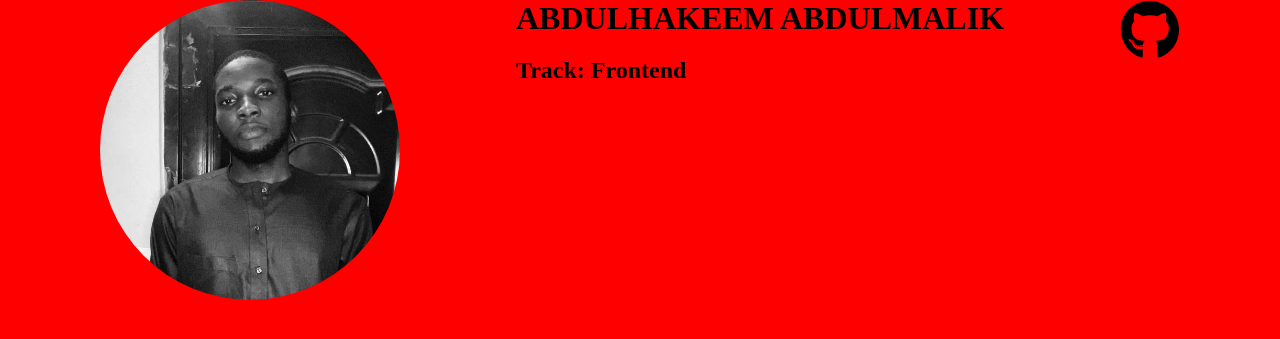
Repository: malikhakeem/HNG-TASK
Page: HNG-TASK1.html
These files come from the project's save history. The page is drawn as it stood at one moment and after the next save; the edit follows.
The browser window is 1280 px wide. The pictures show the whole page.

Above is the page before, as saved 2023-09-08 21:55:09.

### HNG-TASK1.html
<!DOCTYPE html>
<html lang="en">

<head>
    <meta charset="UTF-8">
    <meta name="viewport" content="width=device-width, initial-scale=1.0">

    <link rel="stylesheet" href="./HNG-TASK!.css">
    <title>HNG</title>
</head>

<body>
    <div class="body">
        <div class="nav">
            <div class="nav-left"><img data-testId="slackDisplayImage" class="profile-pic" src="./pic/kim.jpg"alt="Malik" /></div>
            <div class="nav-mid">
                <div class="slack-name">
                    <h1>ABDULHAKEEM ABDULMALIK</h1>
                </div>
                <div data-testId="myTrack"class="track">
                    <h2>Track: Frontend</h2>
                </div>
            </div>
            <div data-testId="slackUserName" class="nav-right">
                <a href="link address"><img src="./pic//github.svg" width="60" height="60"></a>
            </div>

        </div>
    </div>

</body>

</html>

### HNG-TASK!.css
*{
    padding:0px;
    margin:0px;

}

.profile-pic{
    width:300px;
    height:300px;
    border-radius: 50%;
}
.nav{
    display:flex;

    justify-content: space-between;
    padding: 0px 100px 0px 100px;
}

.track{
    padding-top: 20px;
}

body{
    background-color: red;
}

After the next save:
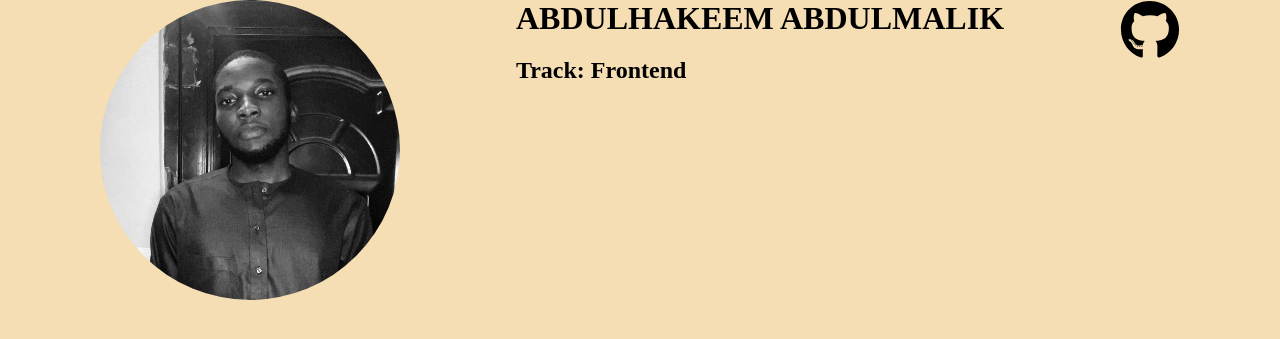
Saved 6 s later.
--- a/HNG-TASK!.css
+++ b/HNG-TASK!.css
@@ -21,5 +21,5 @@
 }
 
 body{
-    background-color: red;
+    background-color: wheat;
 }
